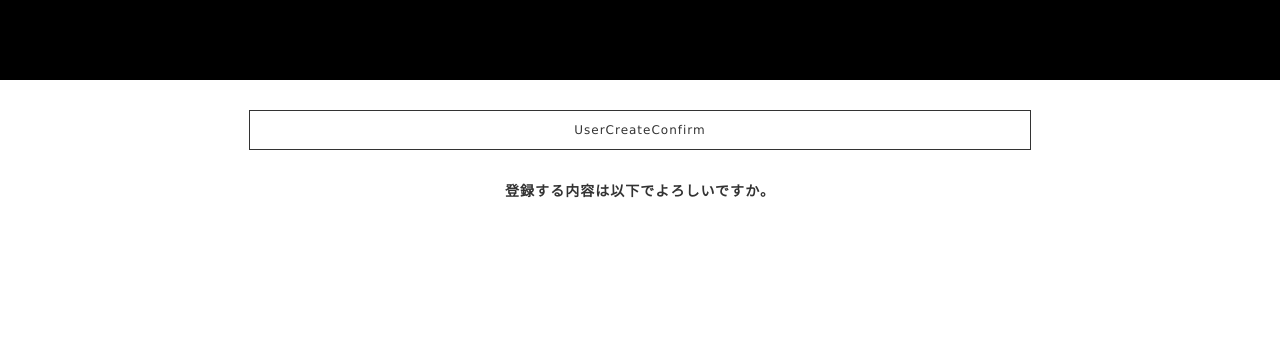
Repository: hiranatsu/ECtest
Page: http://localhost/ecsite2/createConfirm.jsp
An editor plug-in stored every save of this project. The page is shown before and after the next save, followed by the edit.
The browser window is 1280 px wide. The pictures show the whole page.
The page is served by Tomcat 9.

Above is the page before, as saved 2018-09-13 07:10:08.

After the next save:
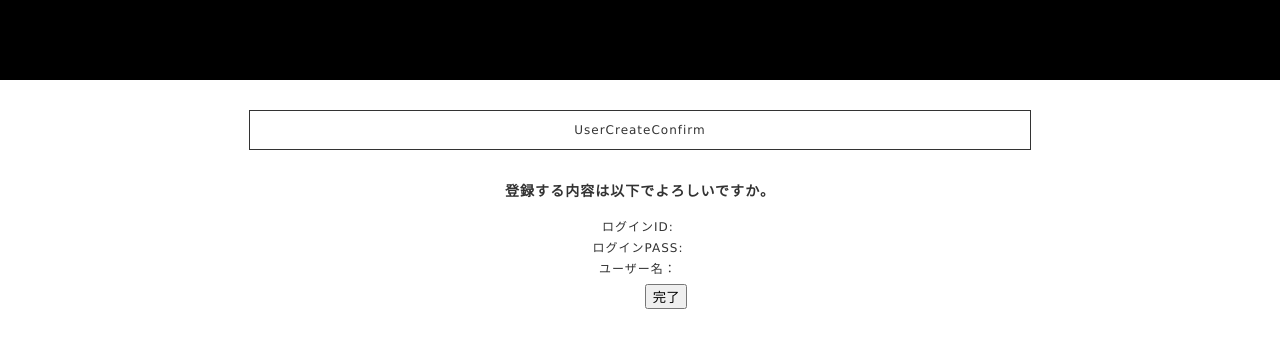
Saved 17 min 37 s later.
--- a/ecsite2/WebContent/createConfirm.jsp
+++ b/ecsite2/WebContent/createConfirm.jsp
@@ -70,6 +70,25 @@
 		</div>
 		<div>
 			<h3>登録する内容は以下でよろしいですか。</h3>
+			<table>
+				<s:form action="CreateCompleteAction">
+				<tr id="box">
+					<td><label>ログインID:</label></td>
+					<td><s:property value="loginUserId" escape="false"/></td>
+				</tr>
+				<tr id="box">
+					<td><label>ログインPASS:</label></td>
+					<td><s:property value="loginPassword" escape="false"/></td>
+				</tr>
+				<tr id="box">
+					<td><label>ユーザー名：</label></td>
+					<td><s:property value="userName" escape="false"/></td>
+				</tr>
+				<tr>
+					<td><s:submit value="完了"/></td>
+				</tr>
+				</s:form>
+			</table>
 		</div>
 	</div>
 
